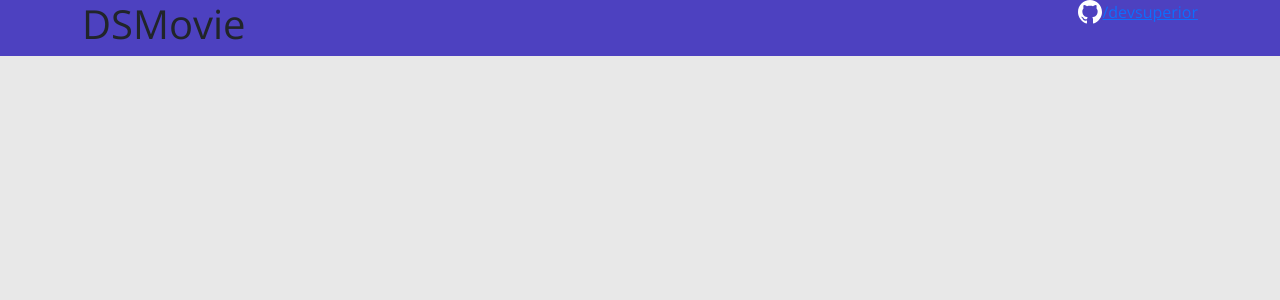
Repository: lcpsantos/dsmovie
Page: / (app in frontend/)
The author's editor kept a copy of each file at every save. The page is drawn from the files as they stood at one save, then again after the next save.
The browser window is 1280 px wide. The pictures show the whole page.
The project was rebuilt for these pictures with package versions that can differ from the ones it lists, and the page was loaded fresh each time.

Above is the page before, as saved 2022-03-12 22:00:38.

### frontend/src/index.tsx
import React from 'react';
import ReactDOM from 'react-dom';
import './index.css';
import 'bootstrap/dist/css/bootstrap.css';
import App from './App';

ReactDOM.render(
  <React.StrictMode>
    <App />
  </React.StrictMode>,
  document.getElementById('root')
);

### frontend/src/App.tsx
import Navbar from "./components/Navbar";

function App() {
  return (
   <Navbar />
  );
}

export default App;

### frontend/src/components/Navbar/index.tsx
import { ReactComponent as GitHubIcon } from "assets/img/github.svg";
import './styles.css';

function Navbar() {
  return (
    <header>
      <nav className="container">
        <div className="dsmovie-nav-content">
          <h1>DSMovie</h1>
          <a href="https://github.com/lcpsantos">
            <div className="dsmovie-contact-container">
              <GitHubIcon />
              <p>/devsuperior</p>
            </div>
          </a>
        </div>
      </nav>
    </header>
  );
}

export default Navbar;

### frontend/src/components/Navbar/styles.css
header {
  background-color: var(--color-primary);
}

.dsmovie-nav-content {
  display: flex;
  justify-content: space-between;

}

.dsmovie-contact-container {
  display: flex;
}

Loaded but not shown: frontend/public/index.html (common file); frontend/src/index.css (common file)

After the next save:
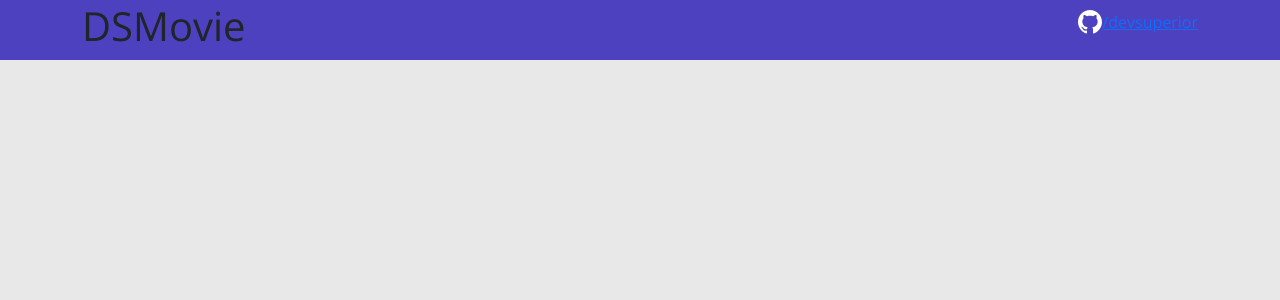
Saved 112 s later.
--- a/frontend/src/components/Navbar/styles.css
+++ b/frontend/src/components/Navbar/styles.css
@@ -1,11 +1,14 @@
 header {
   background-color: var(--color-primary);
+  height:60px;
+  display:flex;
+  align-items: center;
 }
 
 .dsmovie-nav-content {
   display: flex;
   justify-content: space-between;
-
+  align-items: center;
 }
 
 .dsmovie-contact-container {
